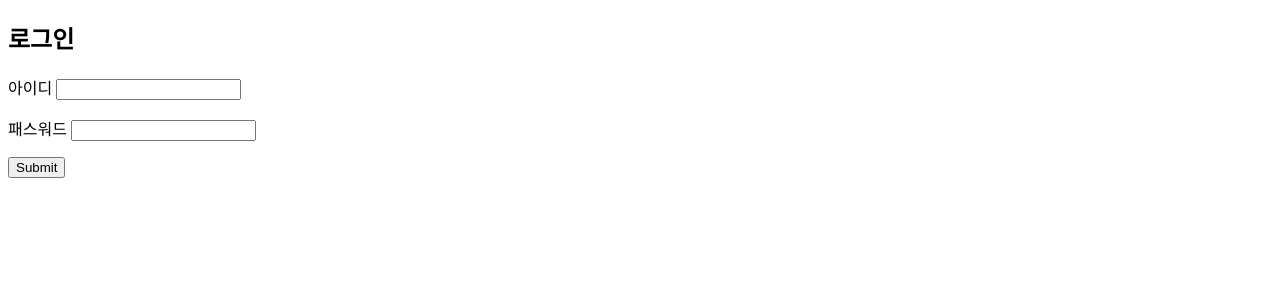
Repository: Leesuhwan1445/jspworks
Page: http://localhost/jweb01/session/session01.jsp
The author's editor kept a copy of each file at every save. The page is drawn from the files as they stood at one save, then again after the next save.
The browser window is 1280 px wide. The pictures show the whole page.
The page is served by Tomcat 10. Other server files are loaded and not shown.

Above is the page before, as saved 2025-10-13 03:01:51.

### jweb01/src/main/webapp/session/session01.jsp
<%@ page language="java" contentType="text/html; charset=UTF-8"
    pageEncoding="UTF-8"%>
<!DOCTYPE html>
<html>
<head>
<meta charset="UTF-8">
<title>Insert title here</title>
</head>
<body>
	<h2>로그인</h2>
	<form action="selProduct.jsp" method="post">
	<p>아이디 <input type="text" name="id"></p>
	<p>패스워드 <input type="password" name="password"></p>
	<p> <input type="submit" name="로그인"></p>
	</form>
</body>
</html>

After the next save:
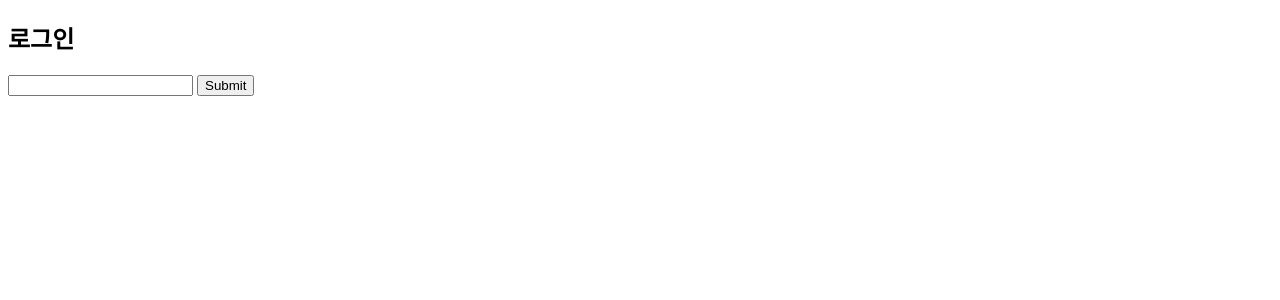
Saved 53 s later.
--- a/jweb01/src/main/webapp/session/session01.jsp
+++ b/jweb01/src/main/webapp/session/session01.jsp
@@ -9,9 +9,11 @@
 <body>
 	<h2>로그인</h2>
 	<form action="selProduct.jsp" method="post">
-	<p>아이디 <input type="text" name="id"></p>
-	<p>패스워드 <input type="password" name="password"></p>
-	<p> <input type="submit" name="로그인"></p>
+	<p>
+		<input type="text" name="id">
+		<input type="submit" name="로그인">
+	</p>
+
 	</form>
 </body>
 </html>
